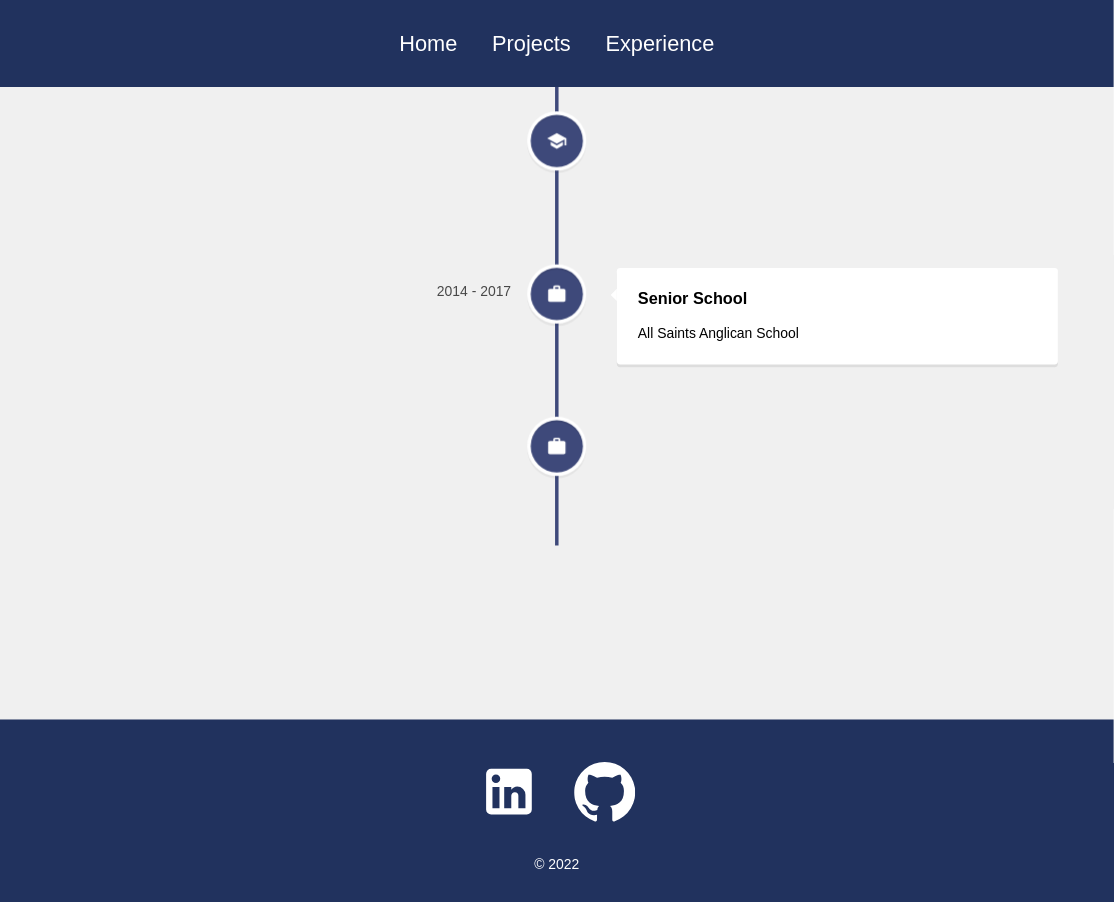
Repository: mireu-san/jw-personal-page
Page: /experience
The author's editor kept a copy of each file at every save. The page is drawn from the files as they stood at one save, then again after the next save.
The browser window is 1280 px wide. The pictures show the whole page, at 87% of full size.
The project was rebuilt for these pictures with package versions that can differ from the ones it lists, and the page was loaded fresh each time. Also part of the build but not shown: src/styles/Home.css, src/pages/Home.js, src/pages/Projects.js.

Above is the page before, as saved 2022-11-09 17:41:34.

### src/App.js
import "./App.css";
import { BrowserRouter as Router, Routes, Route } from "react-router-dom";
import Home from "./pages/Home";
import Experience from "./pages/Experience";
import Projects from "./pages/Projects";
import Navbar from "./components/Navbar";
import Footer from "./components/Footer";

function App() {
  return (
    <div className="App">
      <Router>
        {/* #1 차이점? */}
        <Navbar />
        <Routes>
          <Route path="/" element={<Home />} />
          <Route path="/projects" element={<Projects />} />
          <Route path="/experience" element={<Experience />} />
        </Routes>
        <Footer />
      </Router>
    </div>
  );
}

export default App;

### src/App.css
/* recommended default setting */
/* .App {
  text-align: center;
}

body {
  padding: 0;
  margin: 0;
} */


/* end of recommended default setting */

.App {
  width: 100%;
  height: auto;
  display: flex;
  flex-direction: column;
  font-family: Arial, Helvetica, sans-serif;
  background-color: #f0f0f0;
}

body {
  padding: 0;
  margin: 0;
}

### src/pages/Experience.js
import React from "react";
import {
  VerticalTimeline,
  VerticalTimelineElement,
} from "react-vertical-timeline-component";
import "react-vertical-timeline-component/style.min.css";
import SchoolIcon from "@material-ui/icons/School";
import WorkIcon from "@material-ui/icons/Work";

function Experience() {
  return (
    <div className="experience">
      <VerticalTimeline lineColor="#3e497a">
        <VerticalTimelineElement
          className="vertical-timeline-element--education"
          date="2014 - 2017"
          iconStyle={{ background: "#3e497a", color: "#fff" }}
          icon={<SchoolIcon />}
        >
          <h3 className="vertical-timeline-element-title"> Senior School</h3>
          <p> All Saints Anglican School </p>
        </VerticalTimelineElement>
        <VerticalTimelineElement
          className="vertical-timeline-element--education"
          date="2014 - 2017"
          iconStyle={{ background: "#3e497a", color: "#fff" }}
          icon={<WorkIcon />}
        >
          <h3 className="vertical-timeline-element-title"> Senior School</h3>
          <p> All Saints Anglican School </p>
        </VerticalTimelineElement>
        <VerticalTimelineElement
          className="vertical-timeline-element--education"
          date="2014 - 2017"
          iconStyle={{ background: "#3e497a", color: "#fff" }}
          icon={<WorkIcon />}
        >
          <h3 className="vertical-timeline-element-title"> Senior School</h3>
          <p> All Saints Anglican School </p>
        </VerticalTimelineElement>
      </VerticalTimeline>
    </div>
  );
}

export default Experience;

### src/components/Navbar.js
import React, { useEffect, useState } from "react";
import { Link, useLocation } from "react-router-dom";
import "../styles/Navbar.css";
import ReorderIcon from "@material-ui/icons/Reorder";

function Navbar() {
  const [expandNavbar, setExpandNavbar] = useState(false);

  // to let it close when user click mobile menu category
  const location = useLocation();

  useEffect(() => {
    setExpandNavbar(false);
  }, [location]);

  return (
    <div className="navbar" id={expandNavbar ? "open" : "close"}>
      <div className="toggleButton">
        {/* toggle button for mobile */}
        <button
          onClick={() => {
            setExpandNavbar((prev) => !prev);
          }}
        >
          <ReorderIcon />
        </button>
      </div>
      <div className="links">
        <Link to="/"> Home </Link>
        <Link to="/projects"> Projects </Link>
        <Link to="/experience"> Experience </Link>
      </div>
    </div>
  );
}

export default Navbar;

### src/components/Footer.js
import React from "react";
import LinkedInIcon from "@material-ui/icons/LinkedIn";
import GithubIcon from "@material-ui/icons/GitHub";
import "../styles/Footer.css";

function Footer() {
  return (
    <div className="footer">
      <div className="socialMedia">
        <LinkedInIcon />
        <GithubIcon />
      </div>
      <p> &copy; 2022 </p>
    </div>
  );
}

export default Footer;

### src/styles/Navbar.css
.navbar {
    width: 100%;
    height: 100px;
    background: #21325e;
  }

  .links {
    width: 100%;
    height: 100%;
    display: flex;
    align-items: center;
    justify-content: center;
    color: white;
  }

  .navbar a {
    color: white;
    text-decoration: none;
    margin: 20px;
    font-size: 25px;
  }

  .toggleButton {
    width: 100%;
    height: 100px;
    display: flex;
    align-items: center;
    justify-content: flex-end;
  }

  .toggleButton svg {
    font-size: 50px;
  }

  /* toggle button for mobile */
  .toggleButton button {
    margin-right: 20px;
    background-color: transparent;
    border: none;
    color: white;
    cursor: pointer;
  }

  #open {
    height: 100vh;
  }

  #open .links {
    flex-direction: column;
    justify-content: flex-start;
    margin-top: 100px;
  }

  #open a {
    width: 100%;
    text-align: center;
  }

  @media only screen and (max-width: 900px) {
    .navbar a {
      width: 70px;
    }
  }

  @media only screen and (max-width: 600px) {
    .toggleButton {
      display: flex;
    }
    #close a {
      display: none;
    }
  }

  @media only screen and (min-width: 600px) {
    .toggleButton {
      display: none;
    }

    .hiddenLinks {
      display: none;
    }

    #open {
      height: 100px;
    }

    #open .links {
      flex-direction: row;
    }
  }

Loaded but not shown: public/index.html (common file); src/index.js (common file); src/reportWebVitals.js (common file); src/styles/Footer.css (common file)

After the next save:
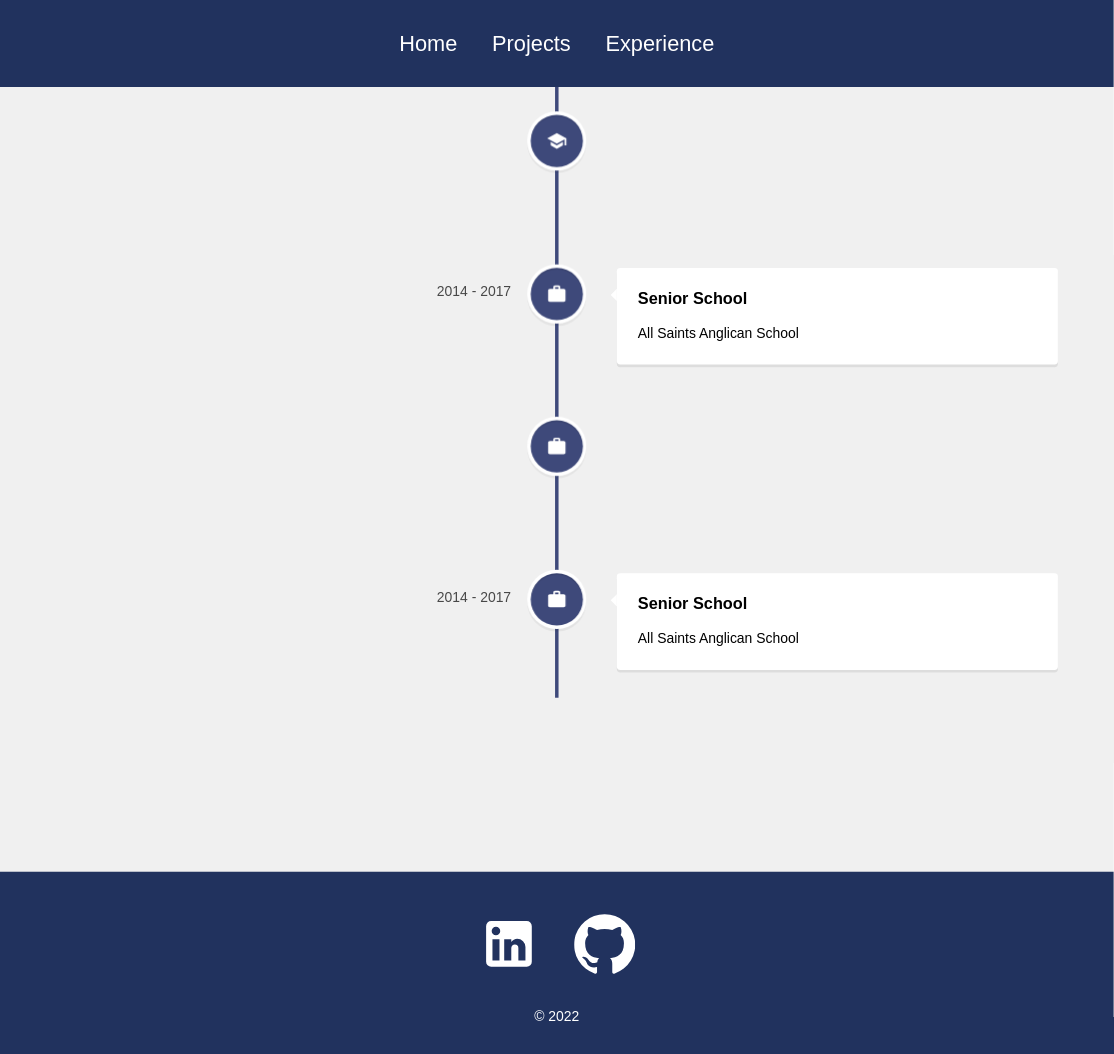
Saved 14 s later.
--- a/src/pages/Experience.js
+++ b/src/pages/Experience.js
@@ -38,6 +38,15 @@ function Experience() {
           <h3 className="vertical-timeline-element-title"> Senior School</h3>
           <p> All Saints Anglican School </p>
         </VerticalTimelineElement>
+        <VerticalTimelineElement
+          className="vertical-timeline-element--education"
+          date="2014 - 2017"
+          iconStyle={{ background: "#3e497a", color: "#fff" }}
+          icon={<WorkIcon />}
+        >
+          <h3 className="vertical-timeline-element-title"> Senior School</h3>
+          <p> All Saints Anglican School </p>
+        </VerticalTimelineElement>
       </VerticalTimeline>
     </div>
   );
